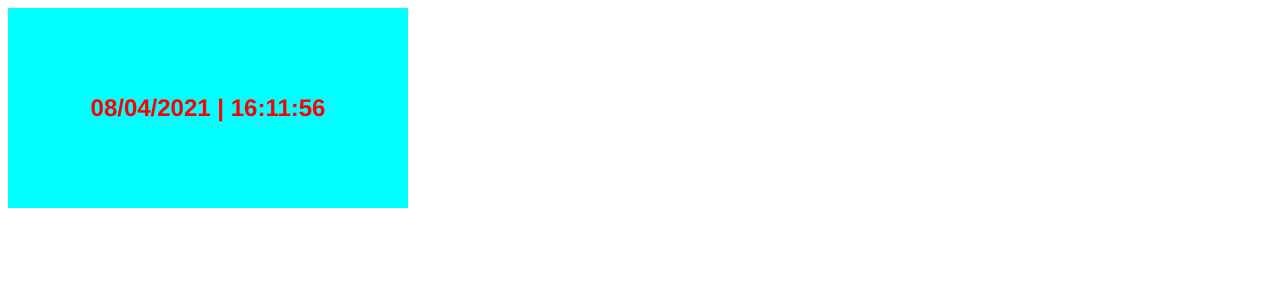
Repository: Widzisz/zadania-JavaScript
Page: www/index.html
The author's editor kept a copy of each file at every save. The page is drawn from the files as they stood at one save, then again after the next save.
The browser window is 1280 px wide. The pictures show the whole page.

Above is the page before, as saved 2021-04-08 18:32:43.

### www/index.html
<!DOCTYPE HTML>
<html lang="pl">

<head>
	<meta charset="utf-8" />
	<link rel="stylesheet" href="main.css">
	<title>Odliczanie czasu</title>

	<script type="text/javascript" src="timer.js">
	</script>

</head>

<body onload="timer()">

	<div class="container">
		<div id="zegar"></div>
	</div>

	<script type="text/javascript">
	</script>

</body>

</html>

### www/main.css
.container {
  display: flex;
  justify-content: center;
  align-items: center;
  height: 200px;
  width: 400px;
  background-color: aqua;
}

#zegar {
    font-family: 'Franklin Gothic Medium', 'Arial Narrow', Arial, sans-serif;
    font-size: 1.5em;
    font-weight: bold;
    color: red;

}

### www/timer.js







function timer() {
	let today = new Date();

	let day = today.getDate();
	if (day < 10) {
		day = "0" + day;
	}
	let month = today.getMonth() + 1;
	if (month < 10) {
		month = "0" + month;
	}
	let year = today.getFullYear();

	let hours = today.getHours();
	if (hours < 10) {
		hours = "0" + hours;
	}
	let minutes = today.getMinutes();
	if (minutes < 10) {
		minutes = "0" + minutes;
	}
	let seconds = today.getSeconds();
	if (seconds < 10) {
		seconds = "0" + seconds;
	}

	document.getElementById("zegar").innerHTML = day + "/" + month + "/" + year
		+ " " + "|" + " " + hours + ":" + minutes + ":" + seconds;

	setTimeout("timer()", 1000);
}


























































// function odliczanie() {
// 	var dzisiaj = new Date();

// 	var dzien = dzisiaj.getDate();
// 	var miesiac = dzisiaj.getMonth() + 1;
// 	var rok = dzisiaj.getFullYear();

// 	var godzina = dzisiaj.getHours();
// 	if (godzina < 10) godzina = "0" + godzina;

// 	var minuta = dzisiaj.getMinutes();
// 	if (minuta < 10) minuta = "0" + minuta;

// 	var sekunda = dzisiaj.getSeconds();
// 	if (sekunda < 10) sekunda = "0" + sekunda;

// 	document.getElementById("zegar").innerHTML =
// 		dzien + "/" + miesiac + "/" + rok + " | " + godzina + ":" + minuta + ":" + sekunda;

// 	setTimeout("odliczanie()", 1000);
// }

After the next save:
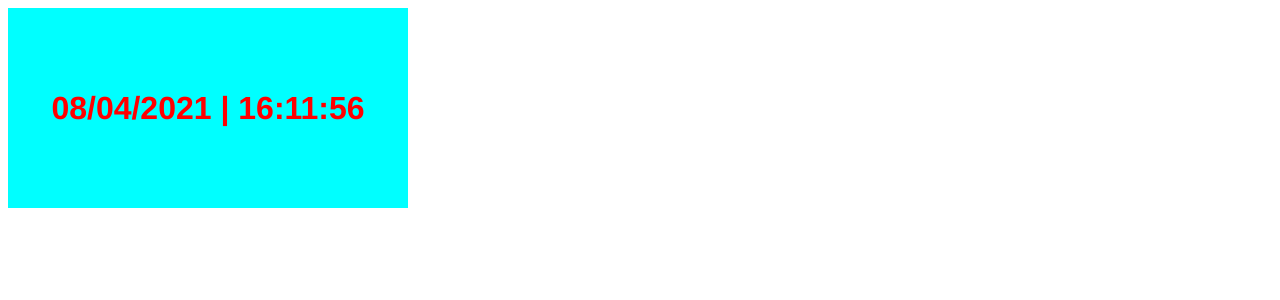
Saved 7 s later.
--- a/www/main.css
+++ b/www/main.css
@@ -9,7 +9,7 @@
 
 #zegar {
     font-family: 'Franklin Gothic Medium', 'Arial Narrow', Arial, sans-serif;
-    font-size: 1.5em;
+    font-size: 2em;
     font-weight: bold;
     color: red;
 
